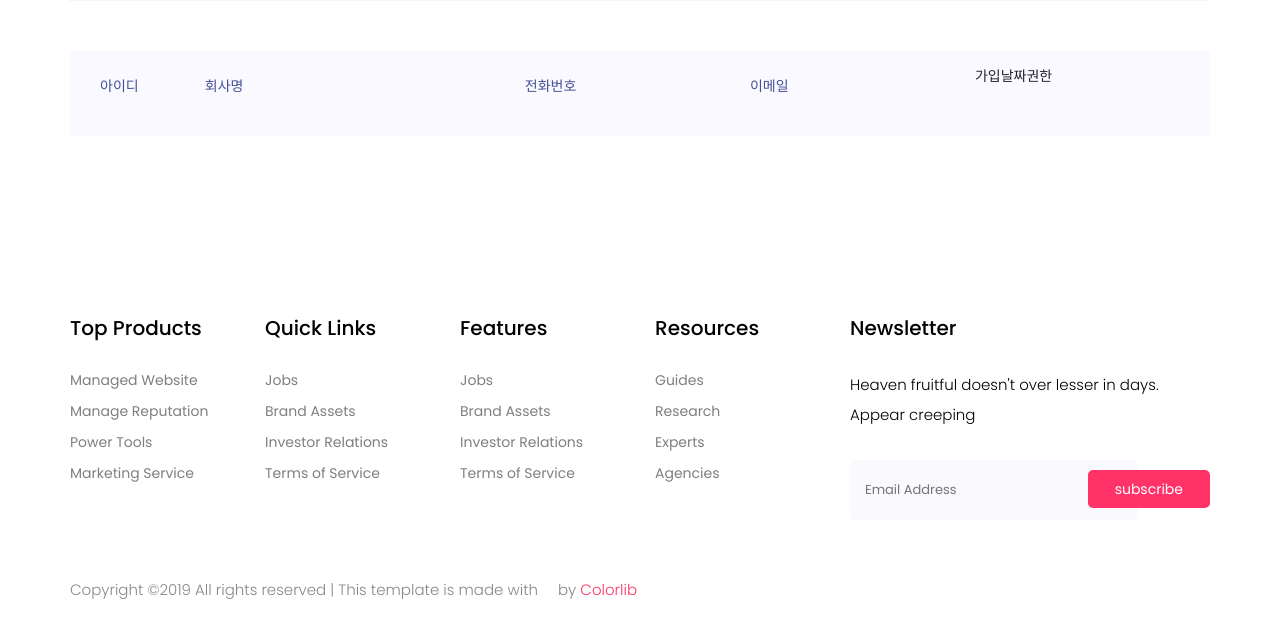
Repository: Park-SM/JspInUniv
Page: http://localhost/park-shop/member-list.do
These files come from the project's save history. The page is drawn as it stood at one moment and after the next save; the edit follows.
The browser window is 1280 px wide. The pictures show the part of the page from y = 499 to 1129 px (the page is 1129 px tall).
Some web fonts or font styles are not loaded; a fallback is used. The page is served by Tomcat 9. Queries for data that is not in the repository find no rows.

Above is the page before, as saved 2019-12-18 18:12:50.

After the next save:
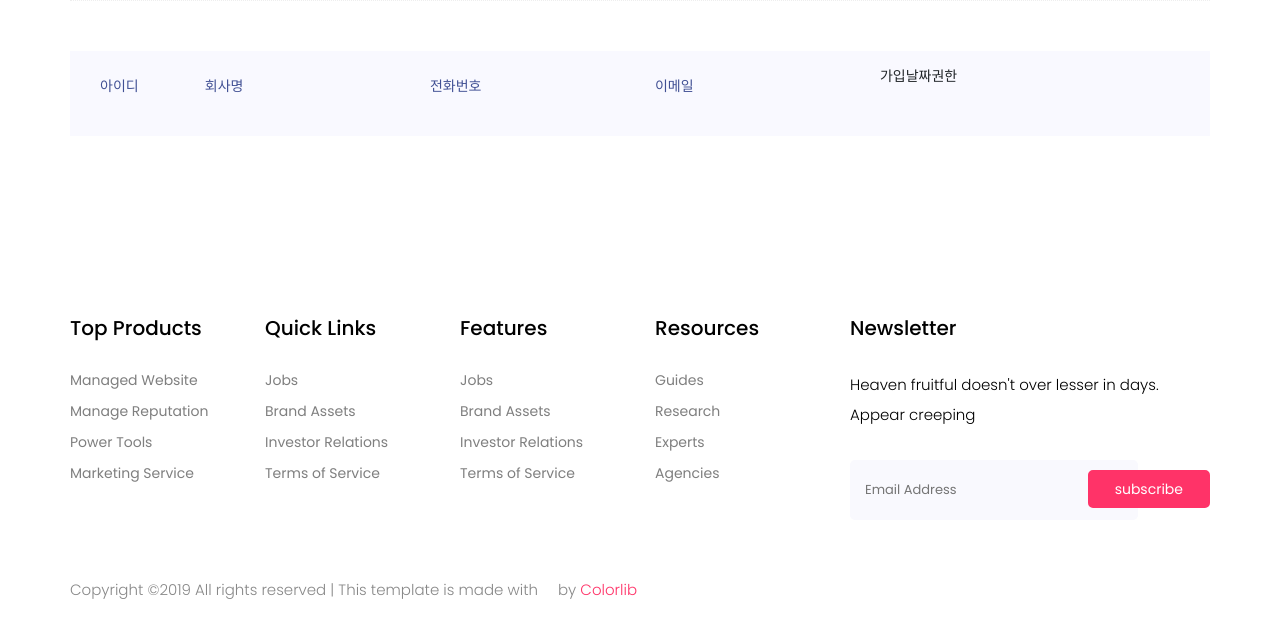
Saved 9 s later.
--- a/2a201612015/park-shop/WebContent/member-list.jsp
+++ b/2a201612015/park-shop/WebContent/member-list.jsp
@@ -59,7 +59,7 @@
 					<div class="progress-table">
 						<div class="table-head">
 							<div class="serial">아이디</div>
-							<div class="country">회사명</div>
+							<div class="visit">회사명</div>
 							<div class="visit">전화번호</div>
 							<div class="visit">이메일</div>
 							<div>가입날짜</div>
